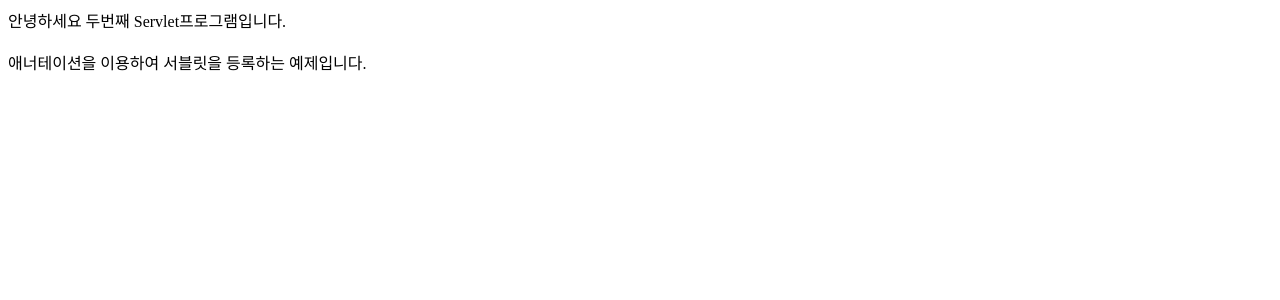
Repository: kdh4357065/3_highjava
Page: http://localhost/webTest/servletTest02.do
The author's editor kept a copy of each file at every save. The page is drawn from the files as they stood at one save, then again after the next save.
The browser window is 1280 px wide. The pictures show the whole page.
The page is served by Tomcat 9.

Above is the page before, as saved 2023-03-27 03:30:57.

After the next save:
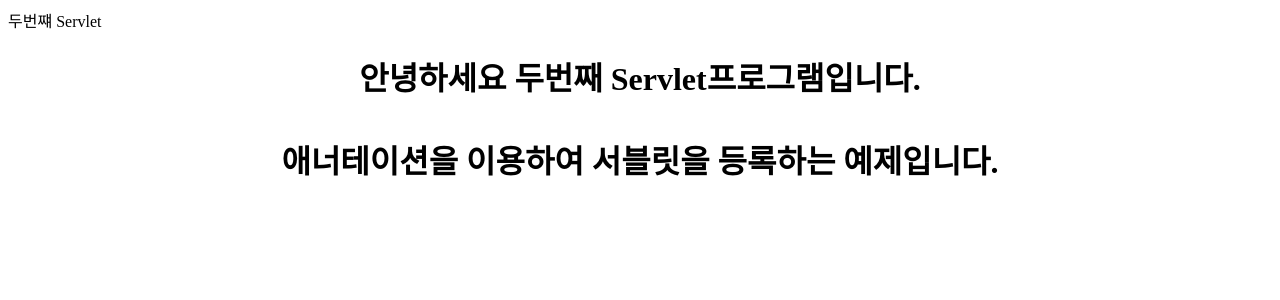
Saved 53 s later.
--- a/WorkSpace/webTest/src/main/java/kr/or/ddit/basic/ServletTest02.java
+++ b/WorkSpace/webTest/src/main/java/kr/or/ddit/basic/ServletTest02.java
@@ -29,7 +29,7 @@ public class ServletTest02 extends HttpServlet{
 
 		//처리한 내용 출력하기
 		//방법2 : print(), println()메서드 이용하기
-		out.println("<html><head><meta charset='utf-8><thtle>두번쨰 Servlet</title></head>");
+		out.println("<html><head><meta charset='utf-8'><thtle>두번쨰 Servlet</title></head>");
 		out.println("<body>");
 		out.println("<h1 style='text-align:center;'>안녕하세요 두번째 Servlet프로그램입니다.<br><br>");
 		out.println("애너테이션을 이용하여 서블릿을 등록하는 예제입니다.</h1>");
